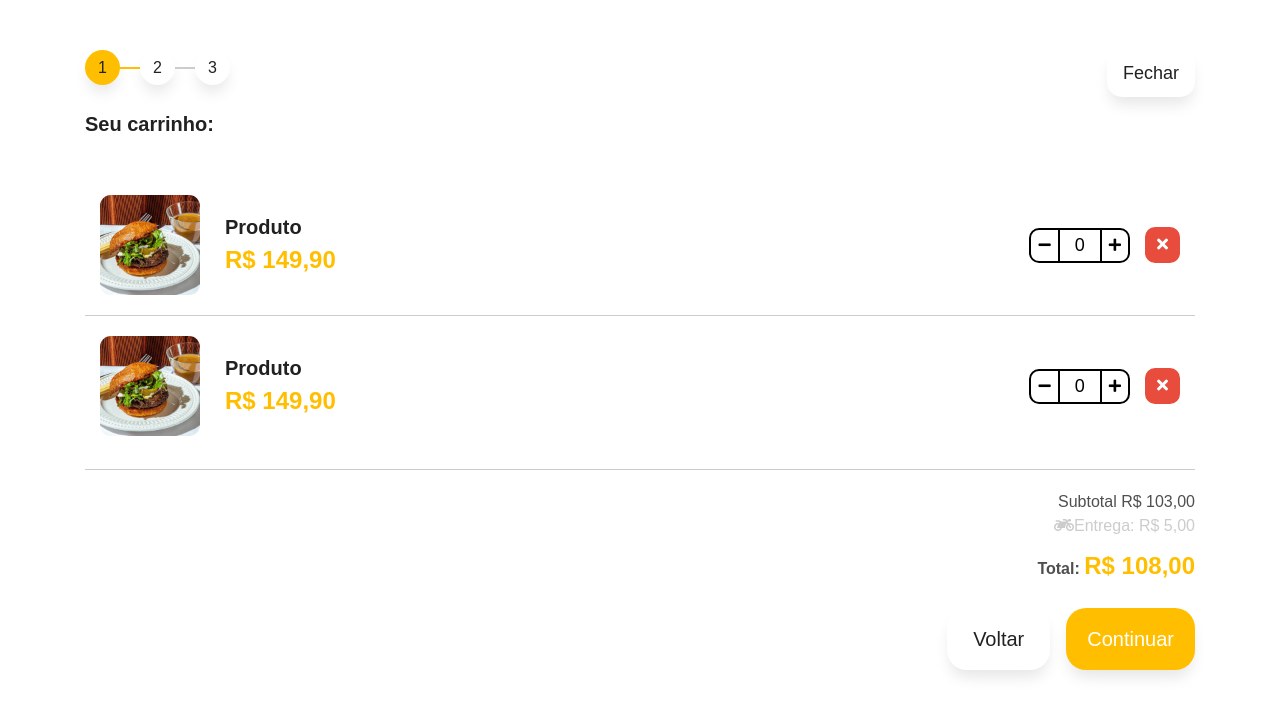
Repository: darkness318/restaraunt
Page: index.html
An editor plug-in stored every save of this project. The page is shown before and after the next save, followed by the edit.
The browser window is 1280 px wide. The pictures show the window.
A layer covers the whole window, so only the first screen is drawn.

Above is the page before, as saved 2024-10-01 10:24:19.

### index.html
<!DOCTYPE html>
<html lang="pt-br">
  <head>
    <meta charset="UTF-8" />
    <meta name="viewport" content="width=device-width, initial-scale=1.0" />
    <title>Restaurente - Seja bem vindo!</title>
    <link rel="stylesheet" href="./css/bootstrap.min.css" />
    <link rel="stylesheet" href="./css/fontawesome.css" />
    <link rel="stylesheet" href="./css/main.css" />
  </head>

  <body>
    <section class="header">
      <div class="container">
        <nav class="navbar navbar-expand-lg pl-0 pr-0">
          <a class="navbar-brand" href="#">
            <img src="./img/logo.png" width="160" class="img-logo" />
          </a>
          <button
            class="navbar-toggler"
            type="button"
            data-toggle="collapse"
            data-target="#navbarNavDropdown"
          >
            <span class="navbar-toggler-icon">
              <i class="fas fa-bars"></i>
            </span>
          </button>
          <div class="collapse navbar-collapse" id="navbarNavDropdown">
            <ul class="navbar-nav ml-auto mr-auto">
              <li class="nav-item">
                <a href="#reservas" class="nav-link"><b>Reservas</b></a>
              </li>
              <li class="nav-item">
                <a href="#servicos" class="nav-link"><b>Serviços</b></a>
              </li>
              <li class="nav-item">
                <a href="#cardapio" class="nav-link"><b>Cardápio</b></a>
              </li>
              <li class="nav-item">
                <a href="#depoimentos" class="nav-link"><b>Depoimentos</b></a>
              </li>
            </ul>
            <a class="btn btn-white btn-icon">
              Meu carrinho
              <span class="icon">
                <i class="fa fa-shopping-bag"></i>
              </span>
            </a>
          </div>
        </nav>
      </div>
    </section>

    <section class="banner">
      <div class="container">
        <div class="row">
          <div class="col-6">
            <div class="d-flex text-banner">
              <h1>
                <b>Escolha sua comida <b class="color-primary">favorita.</b></b>
              </h1>
              <p>
                Aproveite nosso cardápio! Escolha o que desejar e receba em sua
                casa de forma rápida e segura.
              </p>
              <div>
                <a class="btn btn-yellow mt-4 mr-3"> Ver Cardápio </a>
                <a href="#" class="btn btn-white btn-icon-left mt-4">
                  <span class="icon-left">
                    <i class="fa fa-phone"></i>
                  </span>
                  (66) 9 9999-8888
                </a>
              </div>
            </div>
            <a class="btn btn-sm btn-white btn-social mt-4 mr-3">
              <i class="fab fa-instagram"></i>
            </a>
            <a class="btn btn-sm btn-white btn-social mt-4 mr-3">
              <i class="fab fa-facebook-f"></i>
            </a>
            <a class="btn btn-sm btn-white btn-social mt-4">
              <i class="fab fa-whatsapp"></i>
            </a>
          </div>
          <div class="col-6">
            <div class="card-banner"></div>
            <div class="d-flex img-banner">
              <img src="./img/burguer.png" />
            </div>
            <div class="card card-case">
              "Entrega rápida e funcionários simpáticos.
              <br />A comida chegou quente e <br />
              muito saborosa!"
              <span class="card-case-name">
                <b>Thiago Lopes</b>
              </span>
            </div>
          </div>
        </div>
      </div>
    </section>
    <section class="servicos" id="servicos">
      <div class="background-servicos"></div>

      <div class="container">
        <div class="class row">
          <div class="col-12 text-center mb-5">
            <span class="hint-title"><b>Serviços</b></span>
            <h1 class="title">
              <b>Como são nossos serviços?</b>
            </h1>
          </div>

          <div class="col-4 mb-5">
            <div class="card-icon text-center">
              <img src="./img/icone-pedido.svg" width="150 " />
            </div>

            <div class="card-text text-center mt-3">
              <p><b>Fácil de pedir</b></p>
              <span>
                Você só precisa de alguns passos para pedir sua comida.
              </span>
            </div>
          </div>

          <div class="col-4 mb-5">
            <div class="card-icon text-center">
              <img src="./img/icone-delivery.svg" width="250 " />
            </div>

            <div class="card-text text-center mt-3">
              <p><b>Entrega Rápida</b></p>
              <span> Nossa entrega é sempre pontual, rápida e segura. </span>
            </div>
          </div>

          <div class="col-4 mb-5">
            <div class="card-icon text-center">
              <img src="./img/icone-qualidade.svg" width="250 " />
            </div>

            <div class="card-text text-center mt-3">
              <p><b>Melhor qualidade</b></p>
              <span>
                Não só a rapidez na entrega, a qualidade também é o nosso forte.
              </span>
            </div>
          </div>
        </div>
      </div>
    </section>
    <section class="cardapio" id="cardapio">
      <div class="background-cardapio"></div>

      <div class="container">
        <div class="row">
          <div class="col-12 text-center mb-5">
            <span class="hint-title"><b>Cardápio</b></span>
            <h1 class="title">
              <b>Conheça o nosso Cardápio</b>
            </h1>
          </div>

          <div class="col-12 container-menu">
            <a class="btn btn-white btn-sm mr-3">
              <i class="fas fa-hamburger"></i>&nbsp;Burgers
            </a>
            <a class="btn btn-white btn-sm mr-3">
              <i class="fas fa-pizza-slice"></i>&nbsp;Pizzas
            </a>
            <a class="btn btn-white btn-sm mr-3">
              <i class="fas fa-drumstick-bite"></i>&nbsp;Churrasco
            </a>
            <a class="btn btn-white btn-sm mr-3">
              <i class="fas fa-bacon"></i>&nbsp;Steaks
            </a>
            <a class="btn btn-white btn-sm mr-3">
              <i class="fas fa-cocktail"></i>&nbsp;Bebidas
            </a>
            <a class="btn btn-white btn-sm mr-3">
              <i class="fas fa-ice-cream"></i>&nbsp;Sobremesas
            </a>
          </div>

          <div class="col-12">
            <div class="row" id="itensCardapio">
              <div class="col-3 mb-5">
                <div class="card card-item">
                  <div class="img-produto">
                    <img
                      src="./img/cardapio/burguers/burger-au-poivre-kit-4-pack.3ca0e39b02db753304cd185638dad518.jpg"
                    />
                  </div>
                  <p class="title-produto text-center mt-4">
                    <b>Nome do produto muito grande</b>
                  </p>
                  <p class="price-produto text-center">
                    <b>R$ 154,90</b>
                  </p>

                  <div class="add-carrinho">
                    <span class="btn-menos"><i class="fas fa-minus"></i></span>
                    <span class="btn-numero-itens">0</span>
                    <span class="btn-mais"><i class="fas fa-plus"></i></span>
                    <span class="btn btn-add"
                      ><i class="fa fa-shopping-bag"></i
                    ></span>
                  </div>
                </div>
              </div>

              <div class="col-3 mb-5">
                <div class="card card-item">
                  <div class="img-produto">
                    <img
                      src="./img/cardapio/burguers/burger-au-poivre-kit-4-pack.3ca0e39b02db753304cd185638dad518.jpg"
                    />
                  </div>
                  <p class="title-produto text-center mt-4">
                    <b>Nome do produto muito grande</b>
                  </p>
                  <p class="price-produto text-center">
                    <b>R$ 154,90</b>
                  </p>

                  <div class="add-carrinho">
                    <span class="btn-menos"><i class="fas fa-minus"></i></span>
                    <span class="btn-numero-itens">0</span>
                    <span class="btn-mais"><i class="fas fa-plus"></i></span>
                    <span class="btn btn-add"
                      ><i class="fa fa-shopping-bag"></i
                    ></span>
                  </div>
                </div>
              </div>

              <div class="col-3 mb-5">
                <div class="card card-item">
                  <div class="img-produto">
                    <img
                      src="./img/cardapio/burguers/burger-au-poivre-kit-4-pack.3ca0e39b02db753304cd185638dad518.jpg"
                    />
                  </div>
                  <p class="title-produto text-center mt-4">
                    <b>Nome do produto muito grande</b>
                  </p>
                  <p class="price-produto text-center">
                    <b>R$ 154,90</b>
                  </p>

                  <div class="add-carrinho">
                    <span class="btn-menos"><i class="fas fa-minus"></i></span>
                    <span class="btn-numero-itens">0</span>
                    <span class="btn-mais"><i class="fas fa-plus"></i></span>
                    <span class="btn btn-add"
                      ><i class="fa fa-shopping-bag"></i
                    ></span>
                  </div>
                </div>
              </div>

              <div class="col-3 mb-5">
                <div class="card card-item">
                  <div class="img-produto">
                    <img
                      src="./img/cardapio/burguers/burger-au-poivre-kit-4-pack.3ca0e39b02db753304cd185638dad518.jpg"
                    />
                  </div>
                  <p class="title-produto text-center mt-4">
                    <b>Nome do produto muito grande</b>
                  </p>
                  <p class="price-produto text-center">
                    <b>R$ 154,90</b>
                  </p>

                  <div class="add-carrinho">
                    <span class="btn-menos"><i class="fas fa-minus"></i></span>
                    <span class="btn-numero-itens">0</span>
                    <span class="btn-mais"><i class="fas fa-plus"></i></span>
                    <span class="btn btn-add"
                      ><i class="fa fa-shopping-bag"></i
                    ></span>
                  </div>
                </div>
              </div>
            </div>
          </div>
          <div class="col-12 text-center">
            <a class="btn btn-white btn-sm">Ver mais</a>
          </div>
        </div>
      </div>
    </section>
    <section class="depoimentos" id="depoimentos">
      <div class="background-depoimentos"></div>
      <div class="container">
        <div class="row">
          <div class="col-5 text-center">
            <div class="card-depoimentos"></div>
            <div class="d-flex img-banner">
              <img src="./img/pizzas.png" />
            </div>
          </div>

          <div class="col-7">
            <span class="hint-title"><b>Depoimentos</b></span>
            <h1 class="title">
              <b>O que dizem sobre nós</b>
            </h1>
            <div class="mb-5">
              <div class="depoimento" id="depoimento-1">
                <div class="container-dados-depoimento">
                  <div class="imagem-depoimento"></div>
                  <div>
                    <p class="nome-depoimento"><b>Diego Pereira</b></p>
                    <p class="nota-depoimento">
                      <i class="fas fa-star"></i>
                      <i class="fas fa-star"></i>
                      <i class="fas fa-star"></i>
                      <i class="fas fa-star"></i>
                      <i class="fas fa-star-half-alt"></i>&nbsp;
                      <span>4.5</span>
                    </p>
                  </div>
                </div>
                <p class="texto-depoimento">
                  <i class="fas fa-quote-left"></i>
                  <span>
                    Muito bom, recomendo demais! Comida muito bem feita pelo
                    chefe, atendimento dentro dos parâmetros e boa comunicação
                    com o cliente.
                  </span>
                  <i class="fas fa-quote-right"></i>
                </p>
              </div>

              <div class="depoimento hidden" id="depoimento-2">
                <div class="container-dados-depoimento">
                  <div class="imagem-depoimento"></div>
                  <div>
                    <p class="nome-depoimento"><b>Ana Beatriz</b></p>
                    <p class="nota-depoimento">
                      <i class="fas fa-star"></i>
                      <i class="fas fa-star"></i>
                      <i class="fas fa-star"></i>
                      <i class="fas fa-star"></i>
                      <i class="fas fa-star"></i>&nbsp; <span>5.0</span>
                    </p>
                  </div>
                </div>
                <p class="texto-depoimento">
                  <i class="fas fa-quote-left"></i>
                  <span>
                    Um jantar perfeito do começo ao fim. Comida, experiência,
                    serviço... foi tão maravilhoso que fomos dois dias seguidos
                    - fato inédito para mim em uma viagem.
                  </span>
                  <i class="fas fa-quote-right"></i>
                </p>
              </div>

              <div class="depoimento hidden" id="depoimento-3">
                <div class="container-dados-depoimento">
                  <div class="imagem-depoimento"></div>
                  <div>
                    <p class="nome-depoimento"><b>João Guilherme</b></p>
                    <p class="nota-depoimento">
                      <i class="fas fa-star"></i>
                      <i class="fas fa-star"></i>
                      <i class="fas fa-star"></i>
                      <i class="fas fa-star"></i>
                      <i class="far fa-star"></i>&nbsp; <span>4.0</span>
                    </p>
                  </div>
                </div>
                <p class="texto-depoimento">
                  <i class="fas fa-quote-left"></i>
                  <span>
                    A comida estava excelente e o serviço gentil nos
                    surpreendeu! Dica: reserve umas 3 horas para ter uma
                    experiência incrível.
                  </span>
                  <i class="fas fa-quote-right"></i>
                </p>
              </div>
            </div>

            <a class="btn btn-sm btn-white btn-social mr-3 active">1</a>
            <a class="btn btn-sm btn-white btn-social mr-3">2</a>
            <a class="btn btn-sm btn-white btn-social">3</a>
          </div>
        </div>
      </div>
    </section>
    <section class="reserva" id="reserva">
      <div class="container">
        <div class="row">
          <div class="col-12">
            <div class="card-secondary">
              <div class="row">
                <div class="col-7">
                  <span class="hint-title"><b>Reserva</b></span>
                  <h1 class="title">
                    <b>Quer reservar um horário?</b>
                  </h1>
                  <p class="pr-5">
                    Mande uma mensagem clicando no botão abaixo
                    <br />
                    Reserve sua data e horário de forma simples e rápida.
                  </p>
                  <a class="btn btn-yellow mt-4"> Fazer reserva </a>
                </div>

                <div class="col-5">
                  <div class="card-reserva"></div>
                  <div class="d-flex img-banner">
                    <img src="./img/icone-reserva.svg" />
                  </div>
                </div>
              </div>
            </div>
          </div>
        </div>
      </div>
    </section>

    <section class="footer">
      <div class="container">
        <div class="row">
          <div class="col-3 container-logo-footer">
            <img class="logo-footer" src="./img/logo.png" />
          </div>

          <div class="col-6 container-texto-footer">
            <p class="mb-0">
              <b>Menu On-line</b> &copy; Todos os direitos reservados
            </p>
          </div>

          <div class="col-3 container-redes-footer">
            <a class="btn btn-sm btn-white btn-social mr-3">
              <i class="fab fa-instagram"></i>
            </a>
            <a class="btn btn-sm btn-white btn-social mr-3">
              <i class="fab fa-facebook-f"></i>
            </a>
            <a class="btn btn-sm btn-white btn-social">
              <i class="fab fa-whatsapp"></i>
            </a>
          </div>
        </div>
      </div>
    </section>

    <div class="modal-full" id="modalCarrinho">
      <div class="m-header">
        <div class="container">
          <a class="btn btn-white btn-sm float-right"> Fechar </a>

          <div class="etapas">
            <div class="etapa etapa1 active">1</div>
            <div class="etapa etapa2">2</div>
            <div class="etapa etapa3">3</div>
          </div>
          <p class="title-carrinho mt-4">
            <b id="lblTituloEtapa">Seu carrinho:</b>
          </p>
        </div>
      </div>

      <div class="m-body">
        <div class="container">
          <div id="itensCarrinho" class="row mr-0 ml-0">
            <div class="col-12 item-carrinho">
              <div class="img-produto">
                <img
                  src="./img/cardapio/burguers/burger-au-poivre-kit-4-pack.3ca0e39b02db753304cd185638dad518.jpg"
                />
              </div>
              <div class="dados-produto">
                <p class="title-produto"><b>Produto</b></p>
                <p class="price-produto"><b>R$ 149,90</b></p>
              </div>
              <div class="add-carrinho">
                <span class="btn-menos"><i class="fas fa-minus"></i></span>
                <span class="btn-numero-itens">0</span>
                <span class="btn-mais"><i class="fas fa-plus"></i></span>
                <span class="btn btn-remove"><i class="fa fa-times"></i></span>
              </div>
            </div>
            <!-- segundo item do carrinho   -->
            <div class="col-12 item-carrinho">
              <div class="img-produto">
                <img
                  src="./img/cardapio/burguers/burger-au-poivre-kit-4-pack.3ca0e39b02db753304cd185638dad518.jpg"
                />
              </div>
              <div class="dados-produto">
                <p class="title-produto"><b>Produto</b></p>
                <p class="price-produto"><b>R$ 149,90</b></p>
              </div>
              <div class="add-carrinho">
                <span class="btn-menos"><i class="fas fa-minus"></i></span>
                <span class="btn-numero-itens">0</span>
                <span class="btn-mais"><i class="fas fa-plus"></i></span>
                <span class="btn btn-remove"><i class="fa fa-times"></i></span>
              </div>
            </div>
          </div>

          <div id="localEntrega" class="row mr-0 ml-0 hidden"></div>

          <div id="resumoCarrinho" class="row mr-0 ml-0 hidden"></div>
        </div>
      </div>

      <div class="m-footer">
        <div class="container">
          <div class="container-total text-right mb-4 ">
            <p class="mb-0">
              <span>Subtotal</span>
              <span id="lblSubtotal">R$ 103,00</span>
            </p>
            <p class="mb-0 texto-entrega">
              <span><i class="fas fa-motorcycle"></i>Entrega:</span>
              <span id="lblValorEntrega">R$ 5,00</span>
            </p>
            <p class="mb-0 texto-total"></p>
              <span><b>Total:</b></span>
              <span class="valor-total" id="lblValorTotal"><b>R$ 108,00</b></span>
            </p>
          </div>
          <a class="btn btn-yellow float-right" id="btnEtapaPedido">Continuar</a>
          <a class="btn btn-yellow float-right hidden" id="btnEtapaEndereco">Revisar Pediro</a>
          <a class="btn btn-yellow float-right hidden" id="btnEtapaResumo">EnviarPedido</a>
          <a class="btn btn-white float-right mr-3" id="btnEtapaResumo">Voltar</a>
        </div>
      </div>
    </div>

    <script type="text/javascript" src="./js/jquery-1.12.4.min.js"></script>
    <script type="text/javascript" src="./js/modernizr-3.5.0.min.js"></script>
    <script type="text/javascript" src="./js/bootstrap.min.js"></script>
    <script type="text/javascript" src="./js/popper.min.js"></script>
  </body>
</html>

Loaded but not shown: css/bootstrap.min.css (library); css/fontawesome.css (library); js/jquery-1.12.4.min.js (library); js/modernizr-3.5.0.min.js (library); js/bootstrap.min.js (library); js/popper.min.js (library); css/main.css (621 lines, source omitted)

After the next save:
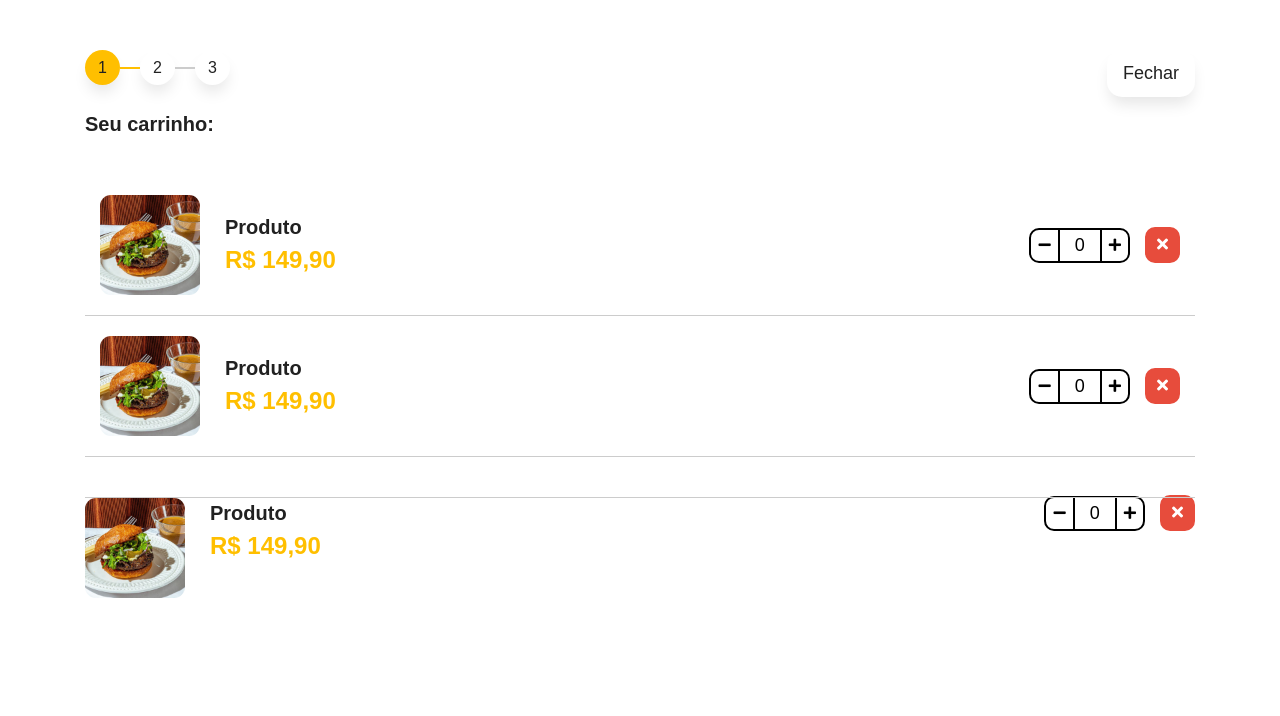
Saved 11 min 47 s later.
--- a/index.html
+++ b/index.html
@@ -509,6 +509,26 @@
                 <span class="btn btn-remove"><i class="fa fa-times"></i></span>
               </div>
             </div>
+
+            <div class="col-12 item-carrinho">
+
+            </div>
+              <div class="img-produto">
+                <img
+                  src="./img/cardapio/burguers/burger-au-poivre-kit-4-pack.3ca0e39b02db753304cd185638dad518.jpg"
+                />
+              </div>
+              <div class="dados-produto">
+                <p class="title-produto"><b>Produto</b></p>
+                <p class="price-produto"><b>R$ 149,90</b></p>
+              </div>
+              <div class="add-carrinho">
+                <span class="btn-menos"><i class="fas fa-minus"></i></span>
+                <span class="btn-numero-itens">0</span>
+                <span class="btn-mais"><i class="fas fa-plus"></i></span>
+                <span class="btn btn-remove"><i class="fa fa-times"></i></span>
+              </div>
+            </div>
           </div>
 
           <div id="localEntrega" class="row mr-0 ml-0 hidden"></div>
